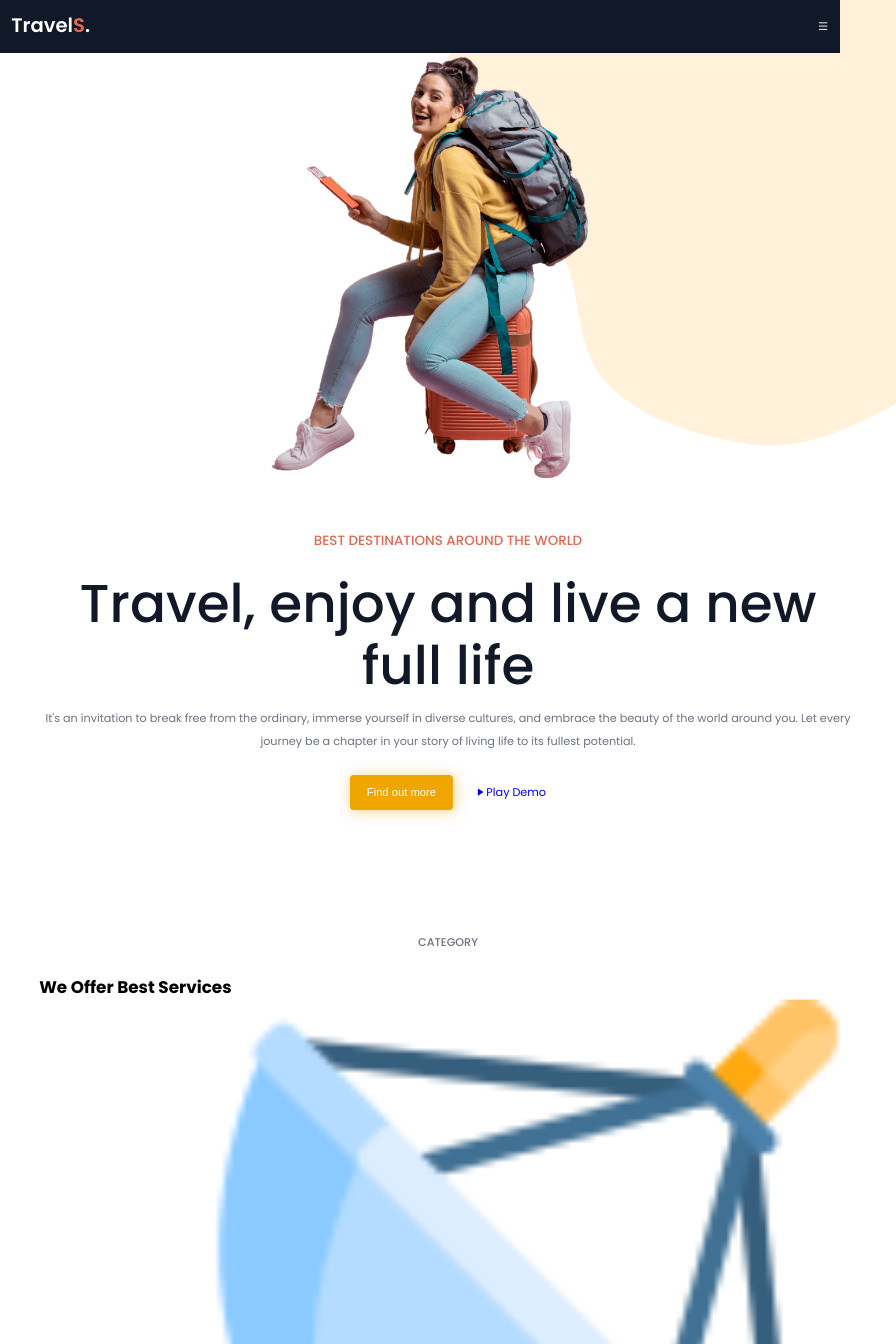
Repository: ntandomagana/travel-website
Page: index.html
These files come from the project's save history. The page is drawn as it stood at one moment and after the next save; the edit follows.
The browser window is 1280 px wide. The pictures show the part of the page from y = 0 to 1920 px (the page is 11279 px tall), at 70% of full size.

Above is the page before, as saved 2024-05-07 09:40:50.

### index.html
<!DOCTYPE html>
<html lang="en">
  <head>
    <meta charset="UTF-8" />
    <meta name="viewport" content="width=device-width, initial-scale=1.0" />
    <link
      href="https://cdn.jsdelivr.net/npm/remixicon@4.2.0/fonts/remixicon.css"
      rel="stylesheet"
    />
    <link
      rel="stylesheet"
      href="https://cdn.jsdelivr.net/npm/swiper@11/swiper-bundle.min.css"
    />
    <link rel="stylesheet" href="style.css" />
    <title>Travel Website</title>
  </head>
  <body>
    <nav>
      <div class="nav-header">
        <div class="logo">
          <a href="#" class="logo">Travel<span>S</span>.</a>
        </div>
        <div class="nav-menu-btn" id="menu-btn">
          <i class="ri-menu-line"></i>
        </div>
      </div>

      <ul class="nav-links" id="nav-links">
        <li><a href="#home">Home</a></li>
        <li><a href="#service">Services</a></li>
        <li><a href="#destination">Destinations</a></li>
        <li><a href="#trips">Trips</a></li>
        <li><a href="#client">Clients</a></li>
      </ul>
    </nav>

    <header class="section-container header-container" id="home">
      <div class="header-image">
        <img src="assets/header.png" alt="header" />
      </div>
      <div class="header-content">
        <h3 class="section-subheader">BEST DESTINATIONS AROUND THE WORLD</h3>
        <h1>Travel, enjoy and live a new full life</h1>
        <p>
          It's an invitation to break free from the ordinary, immerse yourself
          in diverse cultures, and embrace the beauty of the world around you.
          Let every journey be a chapter in your story of living life to its
          fullest potential.
        </p>
        <div class="header-btns">
          <button class="btn">Find out more</button>
          <a href="#">
            <span><i class="ri-play-fill"></i></span>
            Play Demo
          </a>
        </div>
      </div>
    </header>

    <section class="section-container service-container" id="service">
      <h3 class="section-subheader">CATEGORY</h3>
      <h2 class="section-header">We Offer Best Services</h2>
      <div class="service-grid">
        <div class="service-card">
          <img src="assets/weather.png" alt="service" />
          <h4>Calculated Weather</h4>
          <p>
            Stay ahead of your travels with precise weather forecasts tailored
            to your destination's conditions.
          </p>
        </div>
        <div class="service-card">
          <img src="assets/customisation.png" alt="service" />
          <h4>Customizations</h4>
          <p>
            Tailor your journey with personalized customizations, ensuring every
            detail reflects your unique travel style.
          </p>
        </div>
      </div>
    </section>

    <section class="section-container destination-container" id="destination">
      <h3 class="section-subheader">TOP SELLING</h3>
      <h2 class="section-header">Top Destinations</h2>
      <div class="destination-grid">
        <div class="destination-card">
          <img src="assets/destination-1.jpg" alt="destination" />
          <div class="destination-details">
            <div>
              <h4>Rome, Italy</h4>
              <h4>$5.42k</h4>
            </div>
            <p>
              <span><i class="ri-navigation-fill"></i></span>
              10 days trip
            </p>
          </div>
        </div>
        <div class="destination-card">
          <img src="assets/destination-3.jpg" alt="destination" />
          <div class="destination-details">
            <div>
              <h4>Full Europe</h4>
              <h4>$15k</h4>
            </div>
            <p>
              <span><i class="ri-navigation-fill"></i></span>
              28 Days Trip
            </p>
          </div>
        </div>
      </div>
    </section>

    <section class="section-container trip-container" id="trip">
      <div class="trip-image">
        <img src="assets/trip.png" />
      </div>
      <div class="trip-content">
        <h3 class="section-subheader">EASY & FAST</h3>
        <h2 class="section-header">Book Your Next Trip in 3 Easy Steps</h2>
        <ul class="trip-list">
          <li>
            <span><i class="ri-signpost-line"></i></span>
            <div>
              <h4>Choose Destination</h4>
              <p>
                Choose your dream destination from our curated selection of
                exotic locales, bustling cities, and serene getaways.
              </p>
            </div>
          </li>

          <li>
            <span><i class="ri-secure-payment-line"></i></span>
            <div>
              <h4>Reach Airport on Selected Date</h4>
              <p>
                Prepare for takeoff as you finalize your travel plans, arriving
                at the airport on your selected date ready to embark on your
                next unforgettable journey.
              </p>
            </div>
          </li>
        </ul>
      </div>
    </section>

    <section class="section-container clinet-container" id="client">
      <div class="client-content">
        <h3 class="section-subheader">TESTIMONIALS</h3>
        <h2 class="section-header">What People Say About Us</h2>
      </div>
      <div class="client-swiper">
        <!--Slider main container-->
        <div class="swiper">
          <!--Additional required wrapper-->
          <div class="swiper-wrapper">
            <!--Slides-->
            <div class="swiper-slide">
              <div class="client-card">
                <img src="assets/client-1.jpg" alt="client" />
                <div class="client-card-content">
                  <p>
                    Booking my trips through this platform has been a
                    game-changer! From the intuitive interface to the seamless
                    booking process, I've never felt more excited to explore new
                    destinations.
                  </p>
                  <h4>Emily Watson</h4>
                  <h5>Travel Enthusiast</h5>
                </div>
              </div>
            </div>
            <div class="swiper-slide">
              <div class="client-card">
                <img src="assets/client-2.jpg" alt="client" />
                <div class="client-card-content">
                  <p>
                    As a busy professional, time is of the essence. This website
                    made planning my vacation a breeze, allowing me to focus on
                    what matters most: making memories with my family.
                  </p>
                  <h4>David Nguyen</h4>
                  <h5>Business Executive</h5>
                </div>
              </div>
            </div>

            <div class="swiper-slide">
              <div class="client-card">
                <img src="assets/client-3.jpg" alt="client" />
                <div class="client-card-content">
                  <p>
                    I've been using this service for years, and it never
                    disappoints. The convenience of booking my flights,
                    accommodations, and activities all in one place saves me
                    time and stress every trip.
                  </p>
                  <h4>Michael Johnson</h4>
                  <h5>Frequent Flyer</h5>
                </div>
              </div>
            </div>
          </div>
        </div>
      </div>
    </section>

    <footer class="footer">
      <div class="section-container footer-container">
        <div class="footer-col">
          <div class="footer-logo">
            <a href="#" class="logo">Travel<span>S</span>.</a>
          </div>
          <p>
            Our platform is your passport to seamless adventures, offering a
            curated selection of destinations and a user-friendly booking
            experience.
          </p>
        </div>
        <div class="footer-col">
            <h4>Company</h4>
            <ul class="footer-links">
                <li><a href="#">About</a></li>
                <li><a href="#">Careers</a></li>
                <li><a href="#">Mobile</a></li>
            </ul>
        </div>
        <div class="footer-col">
          <h4>Contact</h4>
          <ul class="footer-links">
            <li><a href="#">Help/FAQ</a></li>
            <li><a href="#">Press</a></li>
            <li><a href="#">Affiliates</a></li>
          </ul>
        </div>
        <div class="footer-col">
          <ul class="footer-socials">
            <li>
              <a href="#"><i class="ri-facebook-fill"></i></a>
            </li>
            <li>
              <a href="#"><i class="ri-instagram-line"></i></a>
            </li>
            <li>
              <a href="#"><i class="ri-twitter-fill"></i></a>
            </li>
          </ul>
          <h5>Discover our app</h5>
          <div class="footer-discover">
            <a href="#"><img src="assets/google-play.jpg" alt="discover" /></a>
            <a href="#"><img src="assets/app-store.jpg" alt="discover" /></a>
          </div>
        </div>
      </div>
      <div class="footer-bar">
        Copyright © 2024 TravelS. All rights reserved.
      </div>
    </footer>

    <script src="https://unpkg.com/scrollreveal"></script>
    <script src="https://cdn.jsdelivr.net/npm/swiper@11/swiper-bundle.min.js"></script>
    <script src="main.js"></script>

      </div>

    </footer>
  </body>
</html>

### style.css
@import url("https://fonts.googleapis.com/css2?family=Poppins:ital,wght@0,100;0,200;0,300;0,400;0,500;0,600;0,700;0,800;0,900;1,100;1,200;1,300;1,400;1,500;1,600;1,700;1,800;1,900&display=swap");

:root {
  --primary-color: #e06951;
  --text-dark: #111827;
  --text-light: #6b7280;
  --white: #ffffff;
  --max-width: 1200px;
}

* {
  padding: 0;
  margin: 0;
  box-sizing: border-box;
}

html,
body {
    scroll-behavior: smooth;
}

body {
    font-family: "Poppins", sans-serif;
    background-image: url(assets/header-bg.png);
    background-size: contain;
    background-position: top center;
    background-repeat: no-repeat;
}

nav {
    position: fixed;
    isolation: isolate;
    width: 100%;
    max-width: var(--max-width);
    margin-inline: auto;
    z-index: 9;
}

.nav-header {
    padding: 1rem;
    width: 100%;
    display: flex;
    align-items: center;
    justify-content: space-between;
    background-color: var(--text-dark);
}

.nav-header .logo  {
    color: var(--white);
}

.nav-menu-btn {
    font-size: 1rem;
    color: var(--white);
    cursor: pointer;
}

.nav-links {
    position: absolute;
    top: 65px;
    left: 0;
    width: 100%;
    list-style: none;
    display: flex;
    align-items: center;
    justify-content: center;
    flex-direction: column;
    gap: 2rem;
    padding: 2rem;
    background-color: var(--text-dark);
    transition: 0.5s;
    z-index: -1;
    transform: translateY(-100%);
}

.nav-links.open {
    transform: translateY(0);
}

.nav-links a {
    font-weight: 500;
    white-space: nowrap;
    color: var(--white);
}

.nav-links a:hover {
    color: var(--primary-color);
}


.section-container {
  max-width: var(--max-width);
  margin: auto;
  padding: 5rem 1rem;
}

.section-subheader {
  margin-bottom: 1rem;
  font-size: 1rem;
  font-weight: 500;
  line-height: 3.75rem;
  color: var(--text-light);
  text-align: center;
}

.logo {
  font-size: 1.75rem;
  font-weight: 600;
  color: var(--text-dark);
}

.logo span {
  color: var(--primary-color);
}

img {
  display: flex;
  width: 100%;
}

a {
    text-decoration: none;
    transition: 0.4s;
}

ul {
    list-style: none;
}

.header-container {
    display: grid;
    gap: 2rem;
    overflow: hidden;
}

.header-image img {
    max-width: 550px;
    margin-inline: auto;
}

.header-content .section-subheader {
    font-size: 1.2rem;
    color: var(--primary-color);
}

.header-content h1 {
    margin-bottom: 1rem;
    font-size: 4.75rem;
    font-weight: 500;
    line-height: 5.5rem;
    color: var(--text-dark);
    text-align: center;
}

.header-content p {
    margin-bottom: 2rem;
    line-height: 2rem;
    color: var(--text-light);
    text-align: center;
}

.header-btns {
    display: flex;
    align-items: center;
    justify-content: center;
    gap: 2rem;
}

.header-btns .btn {
    padding: 1rem 1.5rem;
    outline: none;
    border: none;
    font-size: 1rem;
    color: var(--white);
    background-color: #f1a501;
    border-radius: 5px;
    box-shadow: 2px 2px 20px rgba(241, 165, 1, 0.5);
    cursor: pointer;
}

.header-btns a {
    display: flex;
    align-items: center;
}

Loaded but not shown: main.js (no copy from this time; the picture is the same without it)

After the next save:
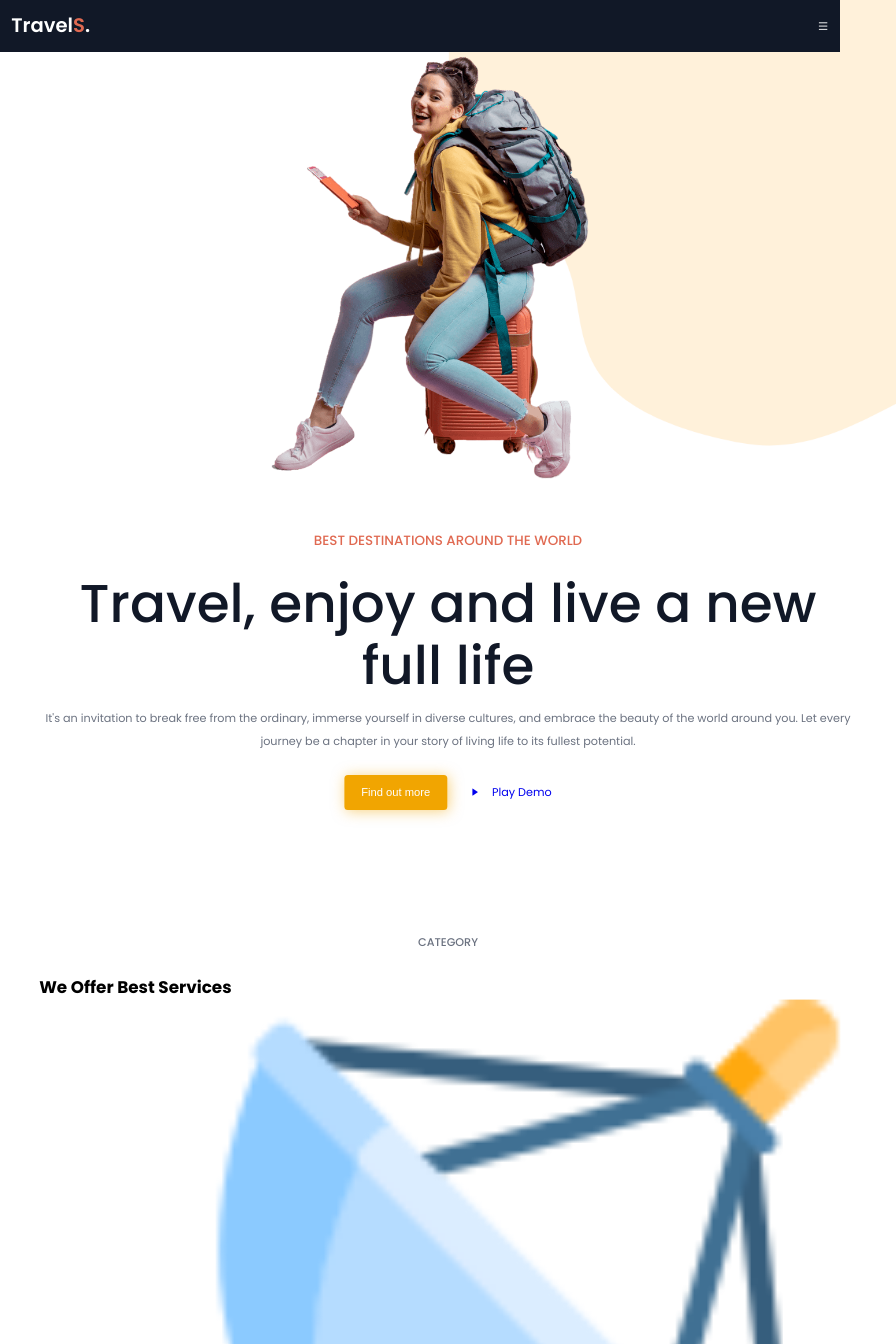
Saved 30 s later.
--- a/style.css
+++ b/style.css
@@ -181,4 +181,5 @@ ul {
 .header-btns a {
     display: flex;
     align-items: center;
+    gap: 1rem;
 }
